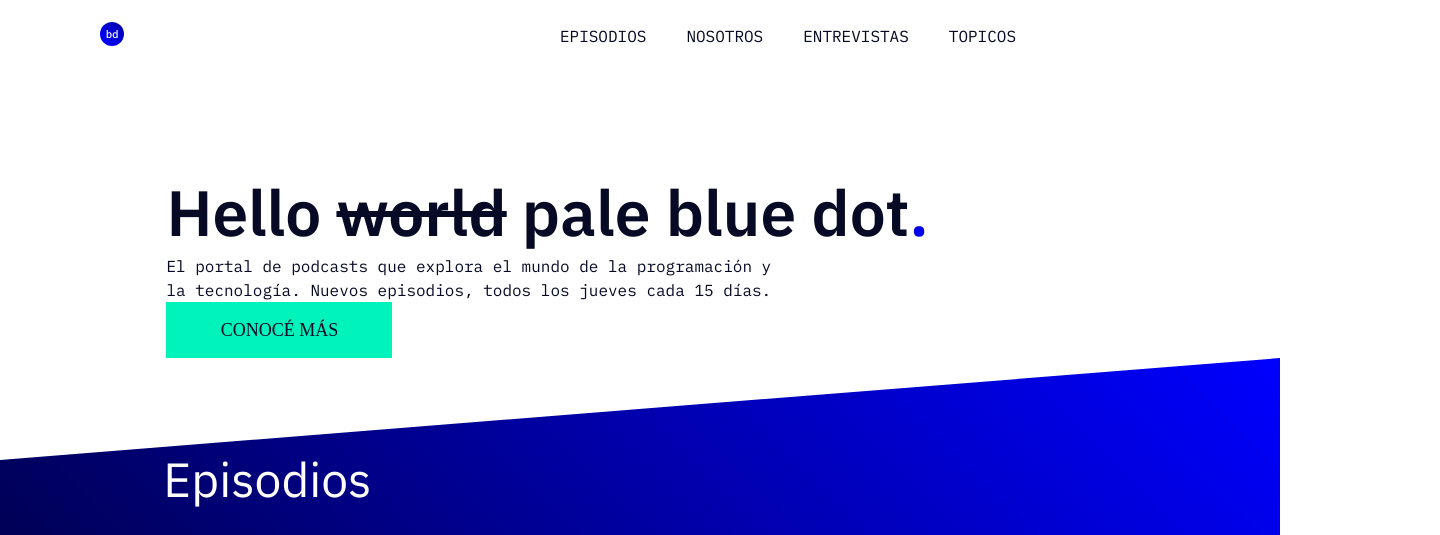
Repository: FedeGA93/podcast
Page: index.html
The author's editor kept a copy of each file at every save. The page is drawn from the files as they stood at one save, then again after the next save.
The browser window is 1280 px wide. The page is 1440 px wide, so the pictures cover 1440 px, including what lies to the right of the window. The pictures show the part of the page from y = 0 to 535 px (the page is 3247 px tall).
Pictures or frames that could not be fetched are drawn as grey boxes. Some web libraries are served in a nearby version.

Above is the page before, as saved 2019-11-25 19:36:04.

After the next save:
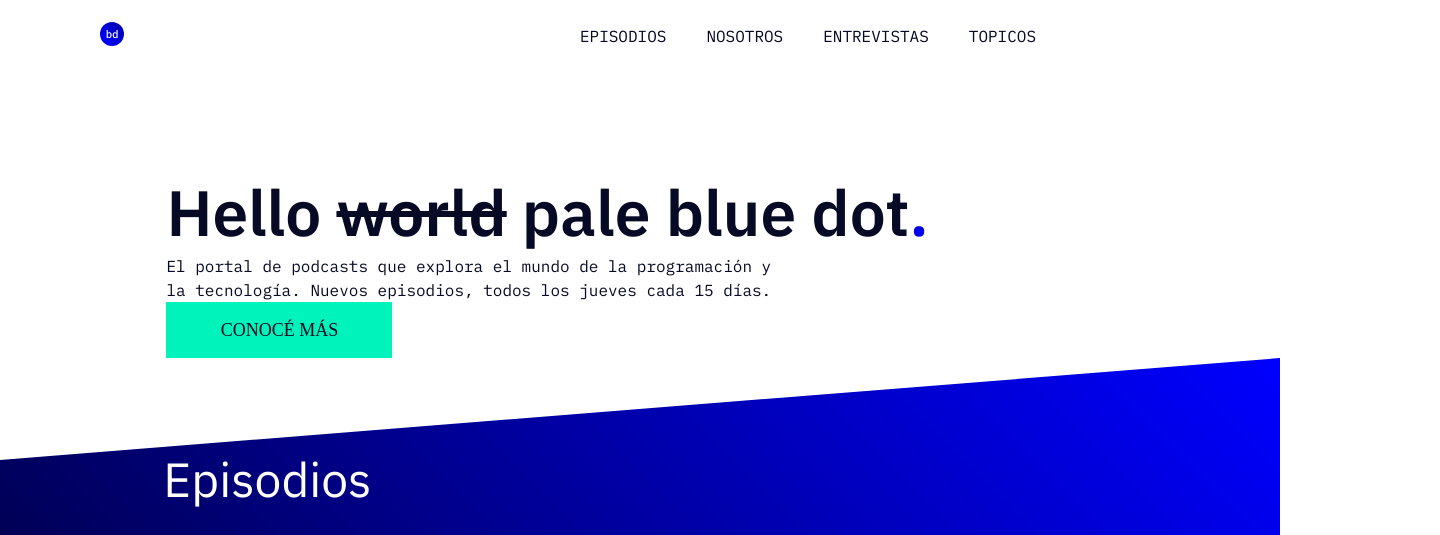
Saved 56 s later.
--- a/index.html
+++ b/index.html
@@ -28,7 +28,7 @@
                         <li><a class="color-letras" href="#epi">EPISODIOS</a></li><br>
                         <li><a class="color-letras" href="#nos">NOSOTROS</a></li><br>
                         <li><a class="color-letras" href="#ent">ENTREVISTAS</a></li><br>
-                        <li><a class="color-letras" href="#topi">TOPICOS</a></li><br>
+                        <li><a class="color-letras" href="#topi">TOPICOS</a></li>
                     </ul>
                 </nav>
             </div>
